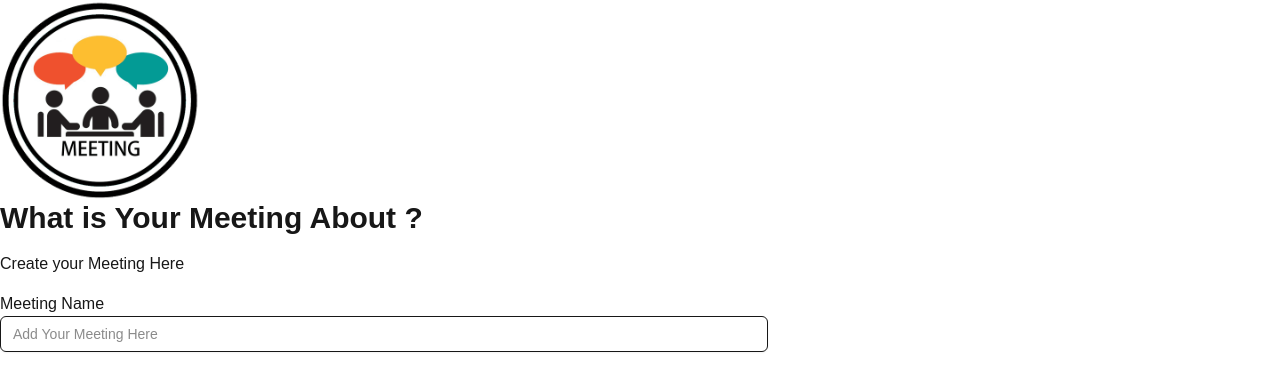
Repository: walaa-horani/scheduleMeetingNextjs
Page: /create-meeting
These files come from the project's save history. The page is drawn as it stood at one moment and after the next save; the edit follows.
The browser window is 1280 px wide. The pictures show the whole page.
The project was rebuilt for these pictures with package versions that can differ from the ones it lists, and the page was loaded fresh each time. The framework's server and built-in components were replaced by stand-ins that run in the browser. Also part of the build but not shown: next.config.mjs.

Above is the page before, as saved 2025-05-24 10:58:31.

After the next save:
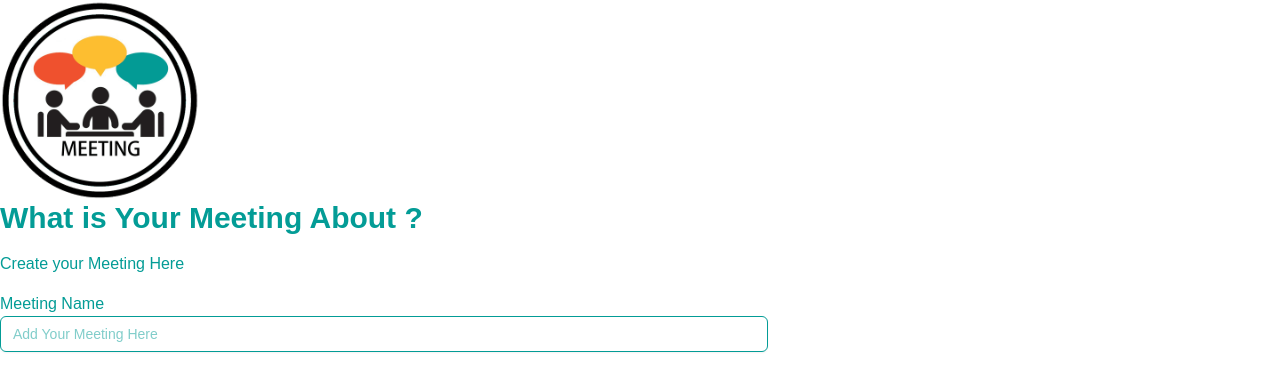
Saved 32 s later.
--- a/app/(routes)/create-meeting/page.js
+++ b/app/(routes)/create-meeting/page.js
@@ -5,7 +5,7 @@
   return (
     <div>
         <Image width={200} height={200} src="/logo.png" />
-        <div className='flex flex-col items center gap-4 max-w-3xl'>
+        <div className='flex flex-col items center gap-4 max-w-3xl text-[#039C96]'>
             <h2 className='font-bold text-3xl'>What is Your Meeting About ?</h2>
             <p>Create your Meeting Here</p>
 
